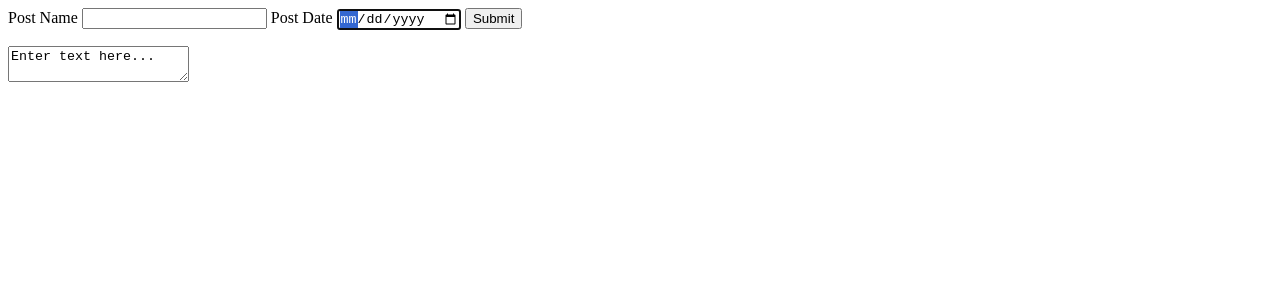
Repository: AnnieFisher/blog
Page: BlogMVC/WebContent/addPost.view.html
An editor plug-in stored every save of this project. The page is shown before and after the next save, followed by the edit.
The browser window is 1280 px wide. The pictures show the whole page.

Above is the page before, as saved 2016-12-17 09:03:13.

After the next save:
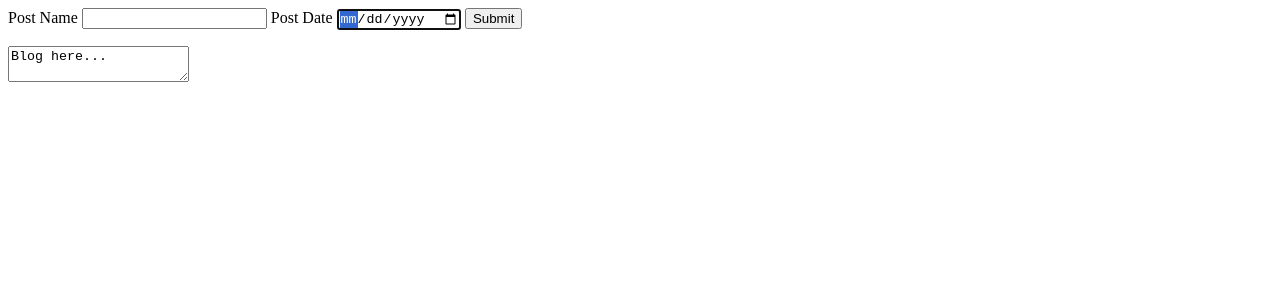
Saved 58 s later.
--- a/BlogMVC/WebContent/addPost.view.html
+++ b/BlogMVC/WebContent/addPost.view.html
@@ -1,6 +1,6 @@
 <div>
 
-<form action="addPost()" id="usrform">
+<form action="addPost()" id="postForm">
   <label for="postName" class="sr-only">Post Name</label>
   <input type="text" ng-model="post.postName" name="postName">
   <label for="postDate" class="sr-only">Post Date</label>
@@ -9,6 +9,6 @@
   <input type="submit">
 </form>
 
-<textarea name="comment" form="usrform">Enter text here...</textarea>
+<textarea name="body" form="postForm">Blog here...</textarea>
 
 </div>
